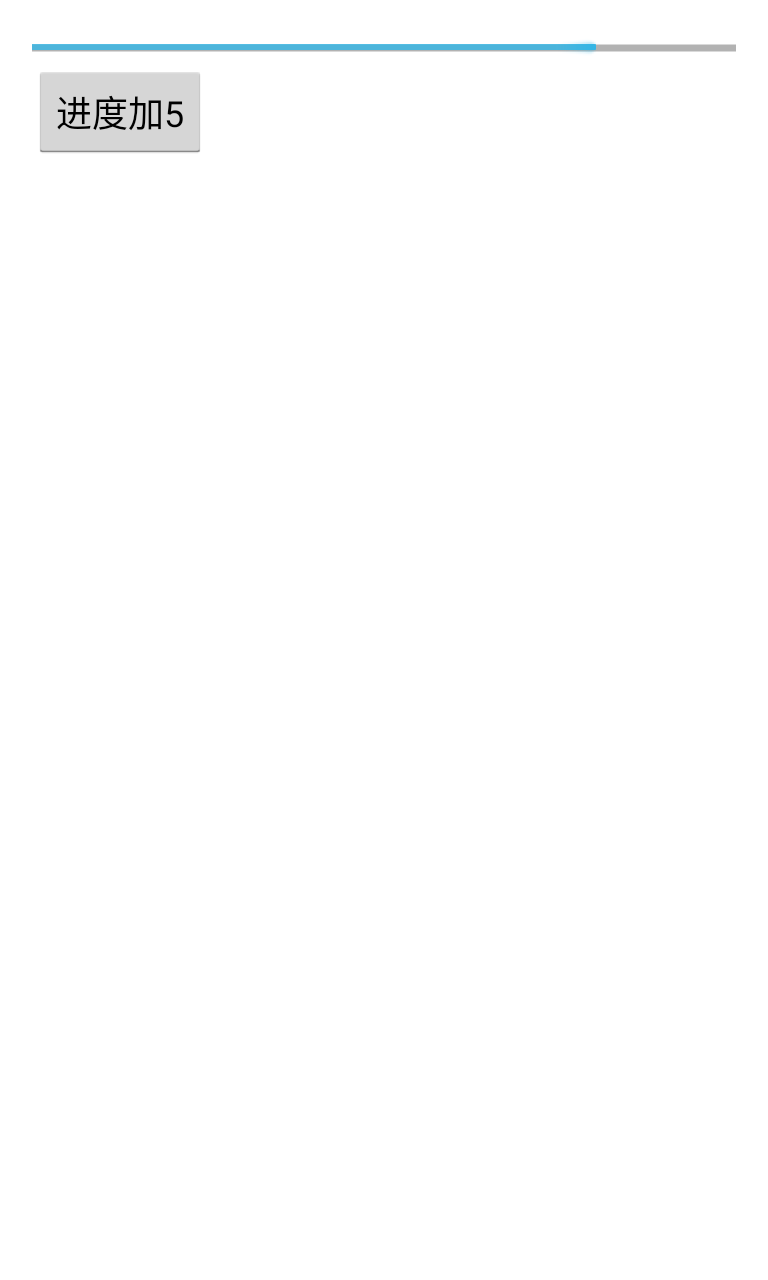
Repository: xuelang201201/Android
Layout: Android基础/进度条控件/res/layout/activity_main.xml
An editor plug-in stored every save of this project. The layout is shown before and after the next save, followed by the edit.
It is drawn on a 768 x 1280 px phone screen (xhdpi) without system bars, with theme AppTheme; the app's code is not run.

Above is the layout before, as saved 2016-02-02 06:32:33.

### Android基础/进度条控件/res/layout/activity_main.xml
<RelativeLayout xmlns:android="http://schemas.android.com/apk/res/android"
    xmlns:tools="http://schemas.android.com/tools"
    android:layout_width="match_parent"
    android:layout_height="match_parent"
    android:paddingBottom="@dimen/activity_vertical_margin"
    android:paddingLeft="@dimen/activity_horizontal_margin"
    android:paddingRight="@dimen/activity_horizontal_margin"
    android:paddingTop="@dimen/activity_vertical_margin"
    tools:context=".MainActivity" >

    <ProgressBar
        android:id="@+id/pb_progress"
        style="?android:attr/progressBarStyleHorizontal"
        android:layout_width="match_parent"
        android:layout_height="wrap_content"
        android:max="100"
        android:progress="80" />

    <Button
        android:id="@+id/btn_add_progress"
        android:layout_width="wrap_content"
        android:layout_height="wrap_content"
        android:layout_below="@+id/pb_progress"
        android:text="进度加5" />

</RelativeLayout>

Loaded but not shown: Android基础/进度条控件/res/values/styles.xml (common file); Android基础/进度条控件/res/values-v11/styles.xml (common file); Android基础/进度条控件/res/values-v14/styles.xml (common file); Android基础/进度条控件/res/values/dimens.xml (common file)

After the next save:
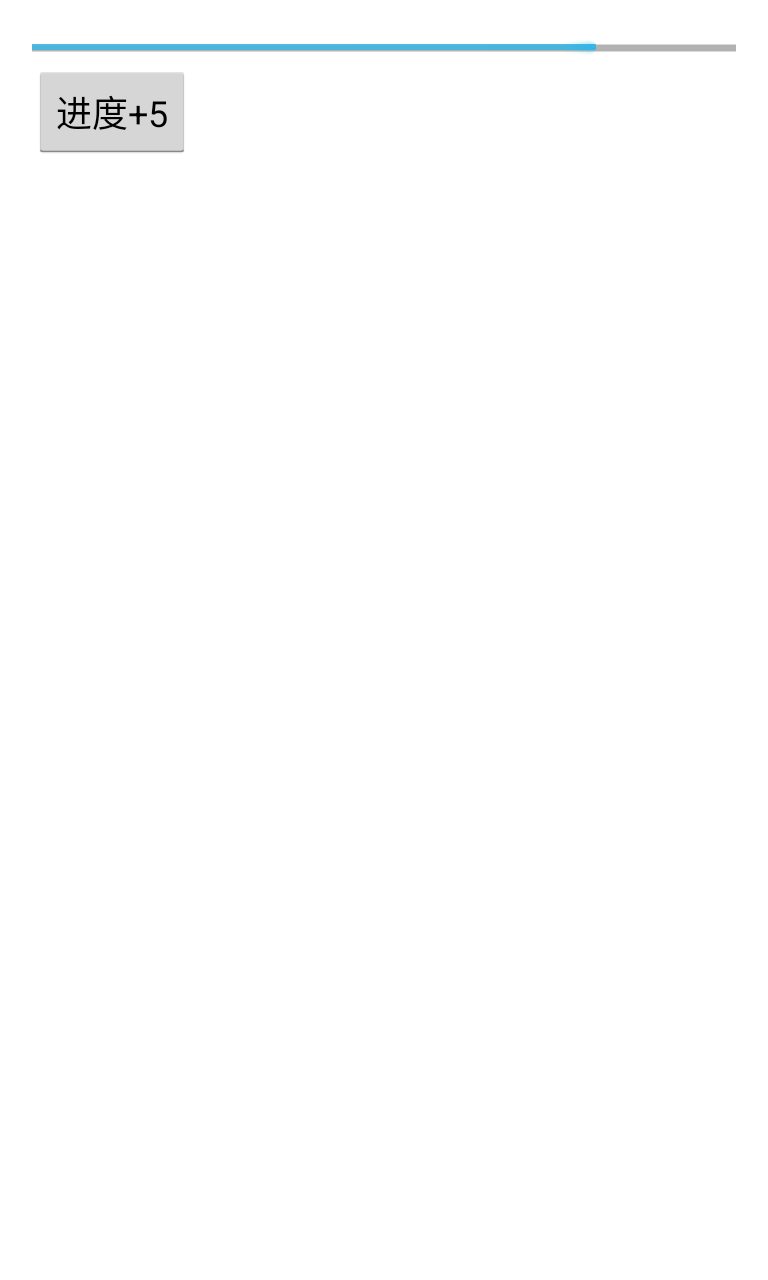
Saved 6 s later.
--- a/Android基础/进度条控件/res/layout/activity_main.xml
+++ b/Android基础/进度条控件/res/layout/activity_main.xml
@@ -21,6 +21,6 @@
         android:layout_width="wrap_content"
         android:layout_height="wrap_content"
         android:layout_below="@+id/pb_progress"
-        android:text="进度加5" />
+        android:text="进度+5" />
 
 </RelativeLayout>
